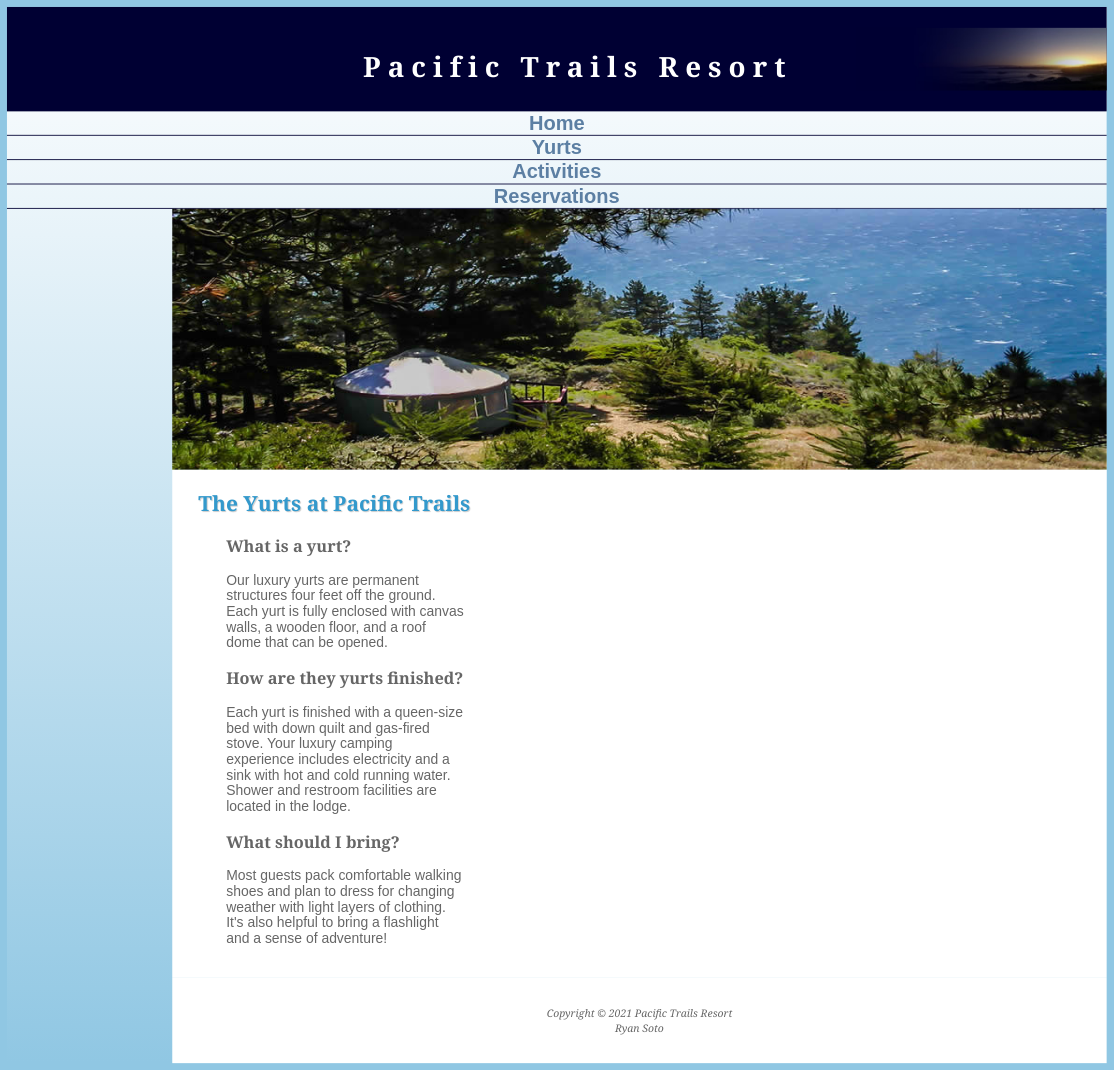
Repository: rsoto003/web-dev-152
Page: dist/assignments/chapter8/ch8pacific/yurts.html
These files come from the project's save history. The page is drawn as it stood at one moment and after the next save; the edit follows.
The browser window is 1280 px wide. The pictures show the whole page, at 87% of full size.
Some web libraries are served in a nearby version.

Above is the page before, as saved 2021-07-25 22:14:14.

After the next save:
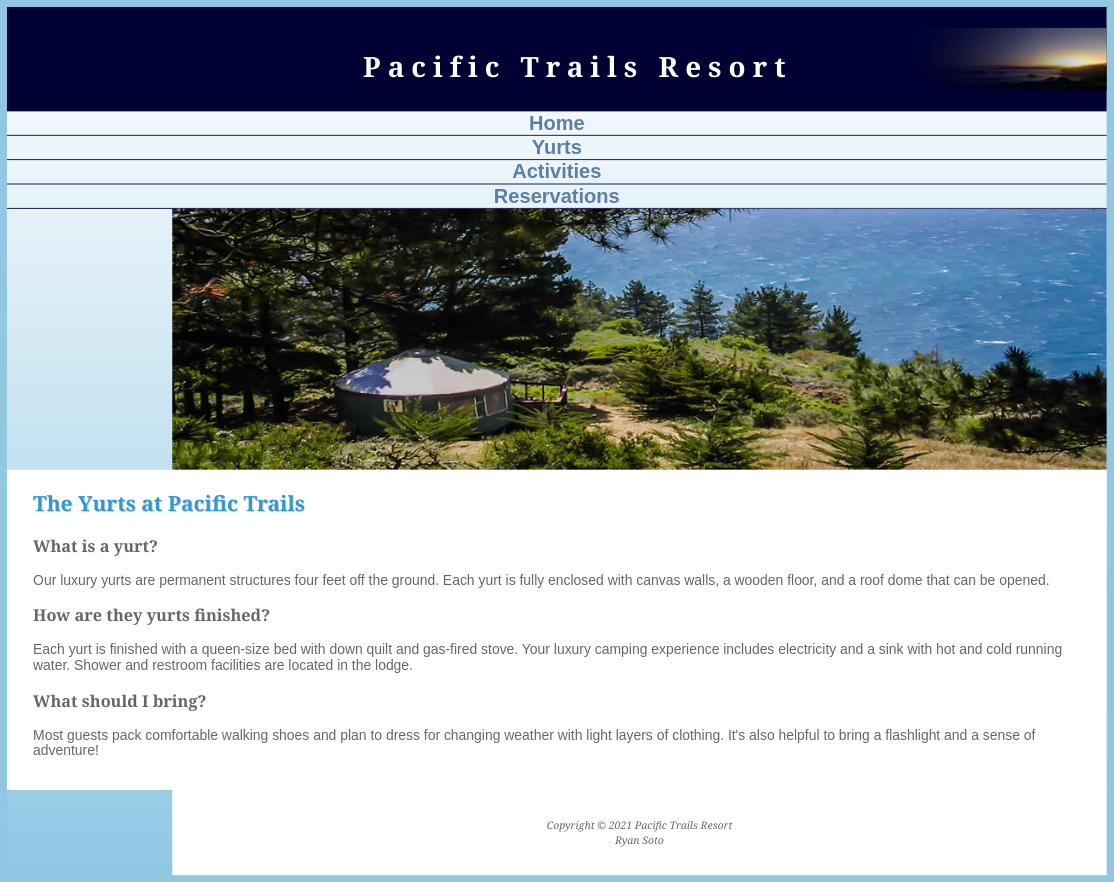
Saved 33 s later.
--- a/dist/assignments/chapter8/ch8pacific/pacific.css
+++ b/dist/assignments/chapter8/ch8pacific/pacific.css
@@ -73,16 +73,11 @@ nav a:hover {
 
 main {
     background-color: #fff; /* bgc#fff */
-    margin-left: 190px; /* ml190 */
     padding: 1px 20px 20px 30px; /* p1-20-20-30 */
     overflow: auto; /* oa */
 }
 
-section {
-    /* float: left; fl */
-    padding: 0 2em; /* p0-2em */
-    width: 33%; /* w33% */
-}
+
 
 h1, h2, h3, footer {
     font-family: Georgia, "Times New Roman", serif;
